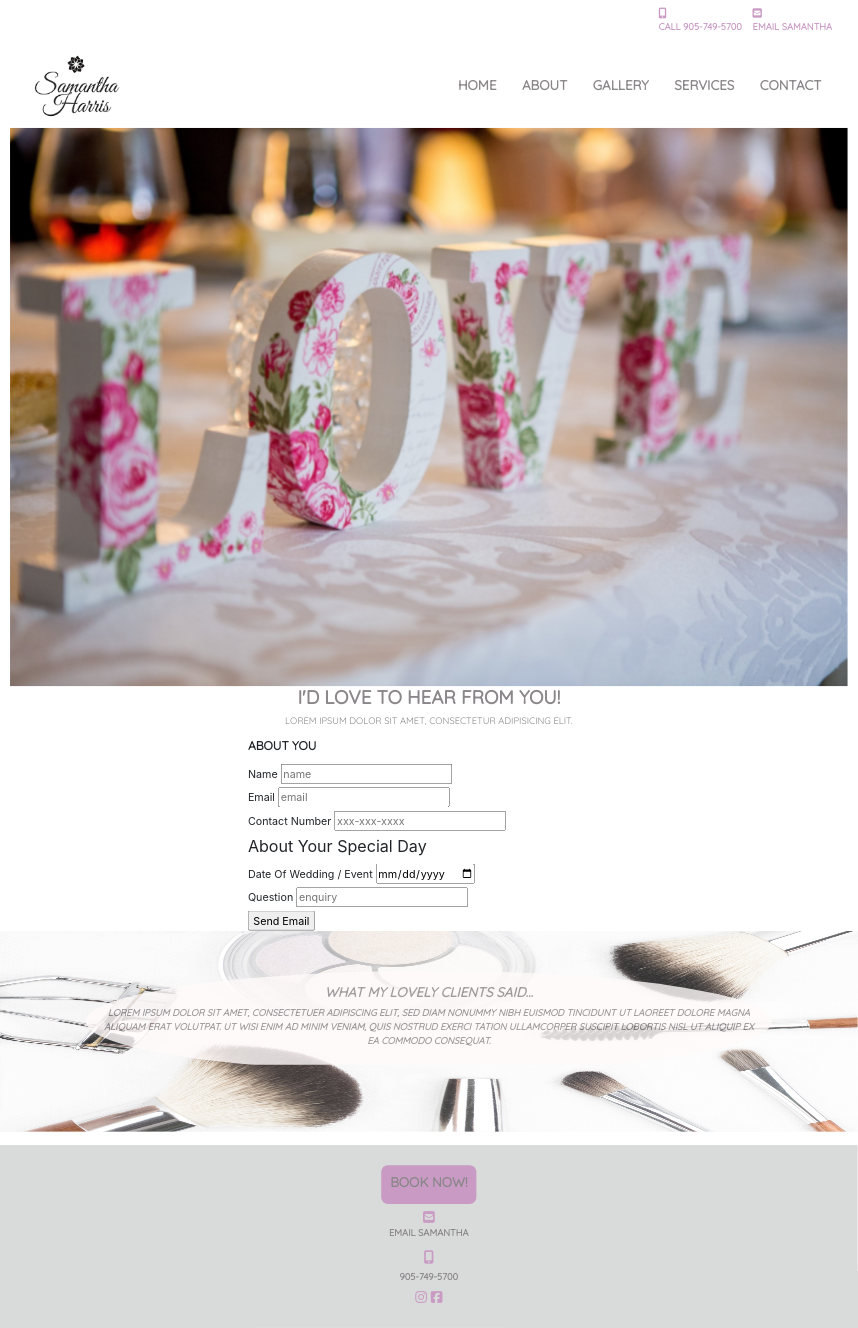
Repository: JayneyNix/milestone-1-UCFD
Page: contact.html
The author's editor kept a record of every edit. The page is drawn from the files as they stood at one moment, then again after the next edit.
The browser window is 1280 px wide. The pictures show the whole page, at 67% of full size.
Some web libraries are served in a nearby version.

Above is the page before.

After the next edit:
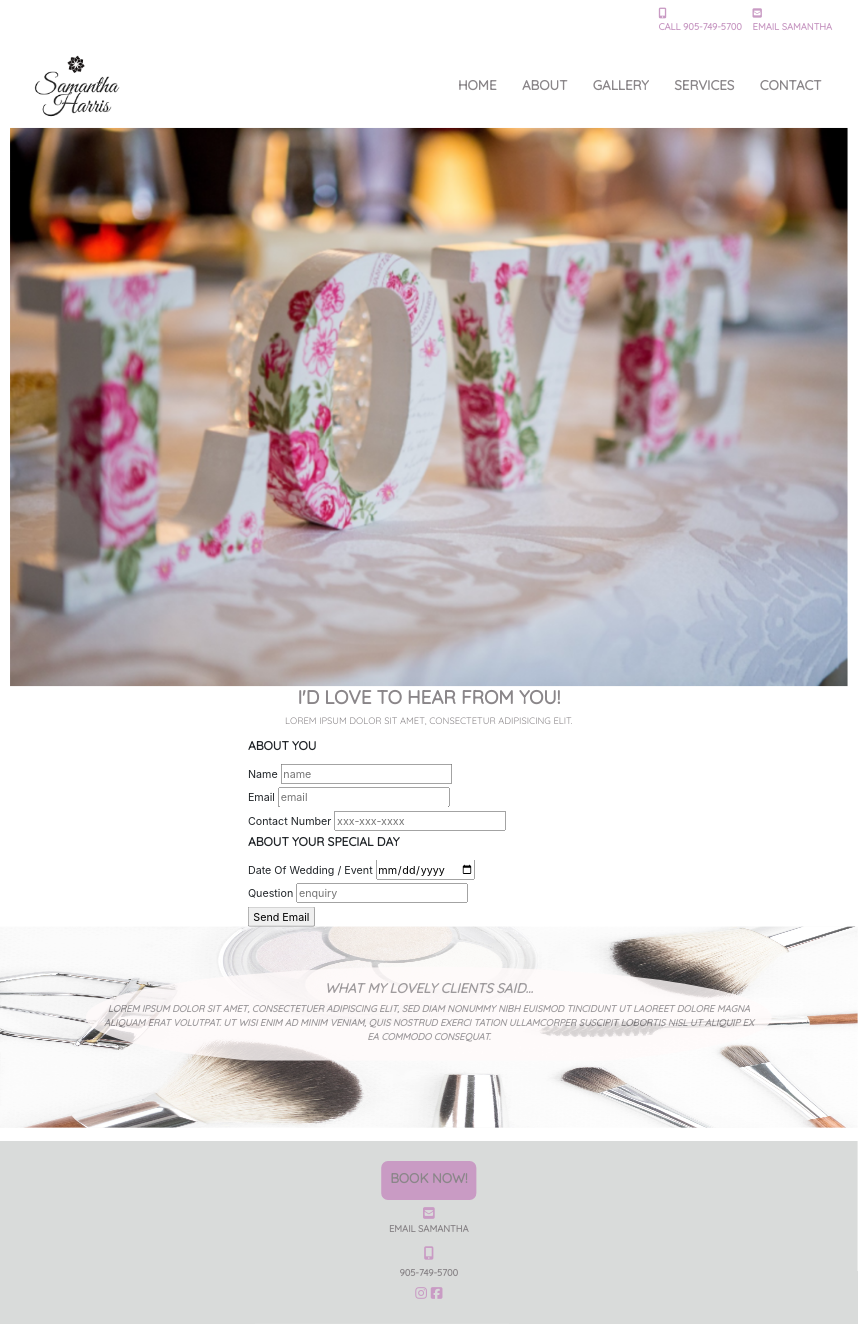
The edit:
--- a/contact.html
+++ b/contact.html
@@ -102,7 +102,7 @@
 
         </fieldset>
         <fieldset>
-            <legend>About Your Special Day</legend>
+            <legend><h3 class="h3 headings">About Your Special Day</h3></legend>
             <label for="event-date">Date Of Wedding / Event</label>
             <input type="date" id="event-date" placeholder="event-date" name="Event-Date"><br>
 
